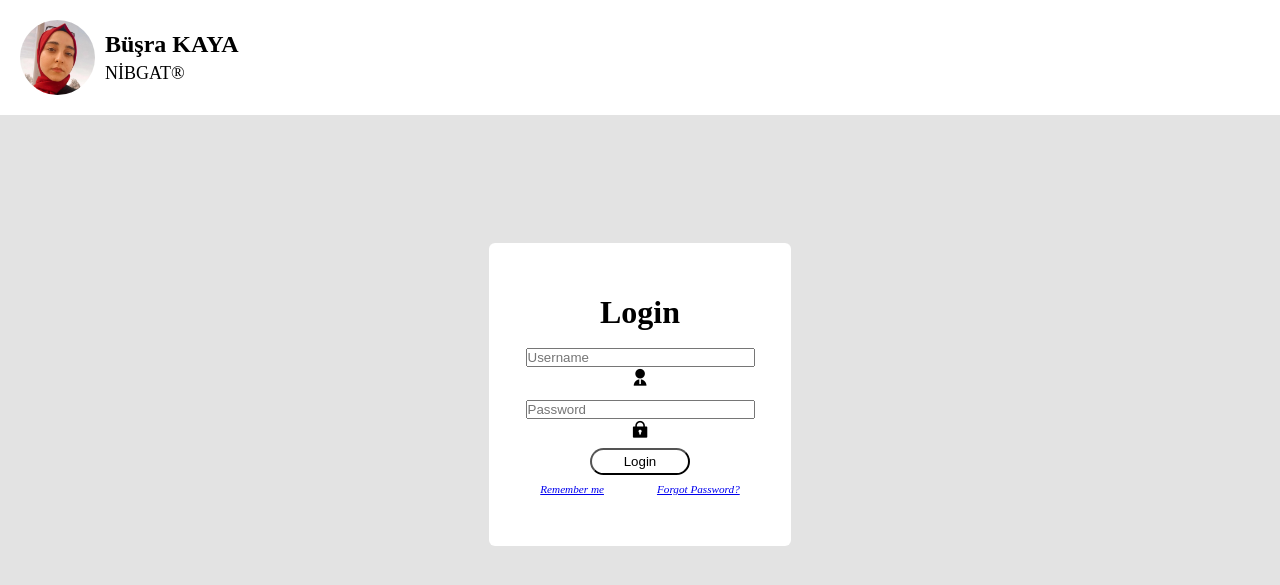
Repository: busra-kayaa/LoginPage
Page: login.html
The author's editor kept a copy of each file at every save. The page is drawn from the files as they stood at one save, then again after the next save.
The browser window is 1280 px wide. The pictures show the whole page.

Above is the page before, as saved 2024-01-05 09:13:02.

### login.html
<!DOCTYPE html>
<html>
    <head>
        <title>Login Page</title>
        <link rel="stylesheet" href="./style.css" type="text/css"/>
        <link rel="stylesheet" href="https://cdnjs.cloudflare.com/ajax/libs/remixicon/3.5.0/remixicon.css" crossorigin="">

    </head>
    <body>
        <div class="header-container">
            <div
                class="header-left-side-container"
            >
                <img
                    src="./busra.jpg"
                    height="75px"
                    width="75px"
                    class="logo"
                />
                <div class="header-desc-container">
                    <span class="header-title">
                        Büşra KAYA
                    </span>
                    <span class="header-content">
                        NİBGAT®
                    </span>
                </div>
            </div>
        </div>
        <div class="login-from-container">
          <div class ="login-text"><h1>Login</h1></div>
            <div class="input-group1">
                <input
                    type="text"
                    placeholder="Username"
                    class="input-text"
                    autocomplete="off"
                />
                <i class="ri-user-2-fill"></i>
            </div>
            <div class="input-group2">
                <input
                    type="password"
                    placeholder="Password"
                    class="input-text"
                    autocomplete="off"
                />
                <i class="ri-lock-2-fill"></i>
            </div>
            <div class="subgroup">
                <div class="button-group" id="login-button">
                    <button type="submit" class="login__button">Login</button>
                </div>
                <div class="footer">
                    <a href="#" target="_blank">Remember me</a>
                    <a href="#" target="_blank">Forgot Password? </a>
                </div>
            </div>
        </div>
    </body>
</html>

### style.css

* {
    padding: 0;
    margin: 0;
}

body {
    background-color: #e3e3e3;
}

.header-container {
    justify-content: space-between;
    background-color: #ffffff;
    flex-direction: row;
    align-items: center;
    padding: 20px;
    display: flex;
    margin-bottom: 10%;
}
.header-left-side-container {
    flex-direction: row;
    align-items: center;
    display: flex;
}

.logo {
    border-radius: 50%;
    margin-right: 10px;
}

.header-desc-container {
    display: flex;
    flex-direction: column;
}

.header-title {
    display: flex;
    flex-direction:column;
    font-weight: bold;
    font-size: 24px;
    margin-bottom: 5px;
}

.header-content {
    font-weight:normal;
    font-size: 18px;
    color:rgb(0, 0, 0);
}

.login-from-container {
    background-color: #ffffff;
    display: flex;
    border-radius: 2%;
    flex-direction: column;
    align-items: center;
    text-align: center;
    margin: auto;
    width: 200px;
    padding: 4%;
}

.login-text {
    padding-bottom: 15px;
}

.input-group1 {
    margin-bottom: 5px;
    grid-template-columns: 1fr max-content;
    column-gap: .75rem;
    align-items: center;
    border: 2px solid hsla(0, 0%, 100%, .7);
    padding-inline: 1.25rem;
    border-radius: 4rem;
}

.input-group1 i {
    font-size: 1.20rem;
  }

.input-text {
    width: 225px;
}

.input-group2 {
    margin-top: 5px;
}
.input-group2 i {
    font-size: 1.20rem;
  }

.login__button {
    width: 50%;
    padding: 2%;
    margin: 4%;
    background-color:#ffffff;
    border-radius: 2rem;
    cursor: pointer;
  }

.footer {
    display: flex;
    flex-direction:raw;
    font-size: 70%;
    font-style: italic;
    gap: 53px;
}

After the next save:
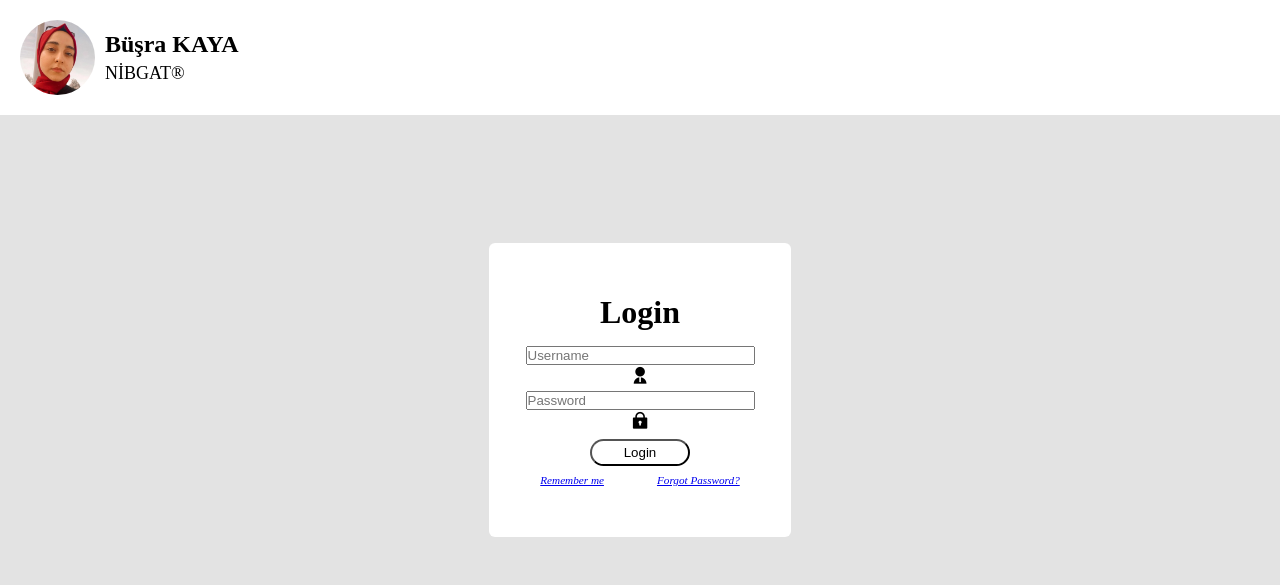
Saved 83 s later.
--- a/style.css
+++ b/style.css
@@ -64,13 +64,8 @@ body {
 }
 
 .input-group1 {
-    margin-bottom: 5px;
-    grid-template-columns: 1fr max-content;
-    column-gap: .75rem;
-    align-items: center;
-    border: 2px solid hsla(0, 0%, 100%, .7);
-    padding-inline: 1.25rem;
-    border-radius: 4rem;
+    display: grid;
+
 }
 
 .input-group1 i {
